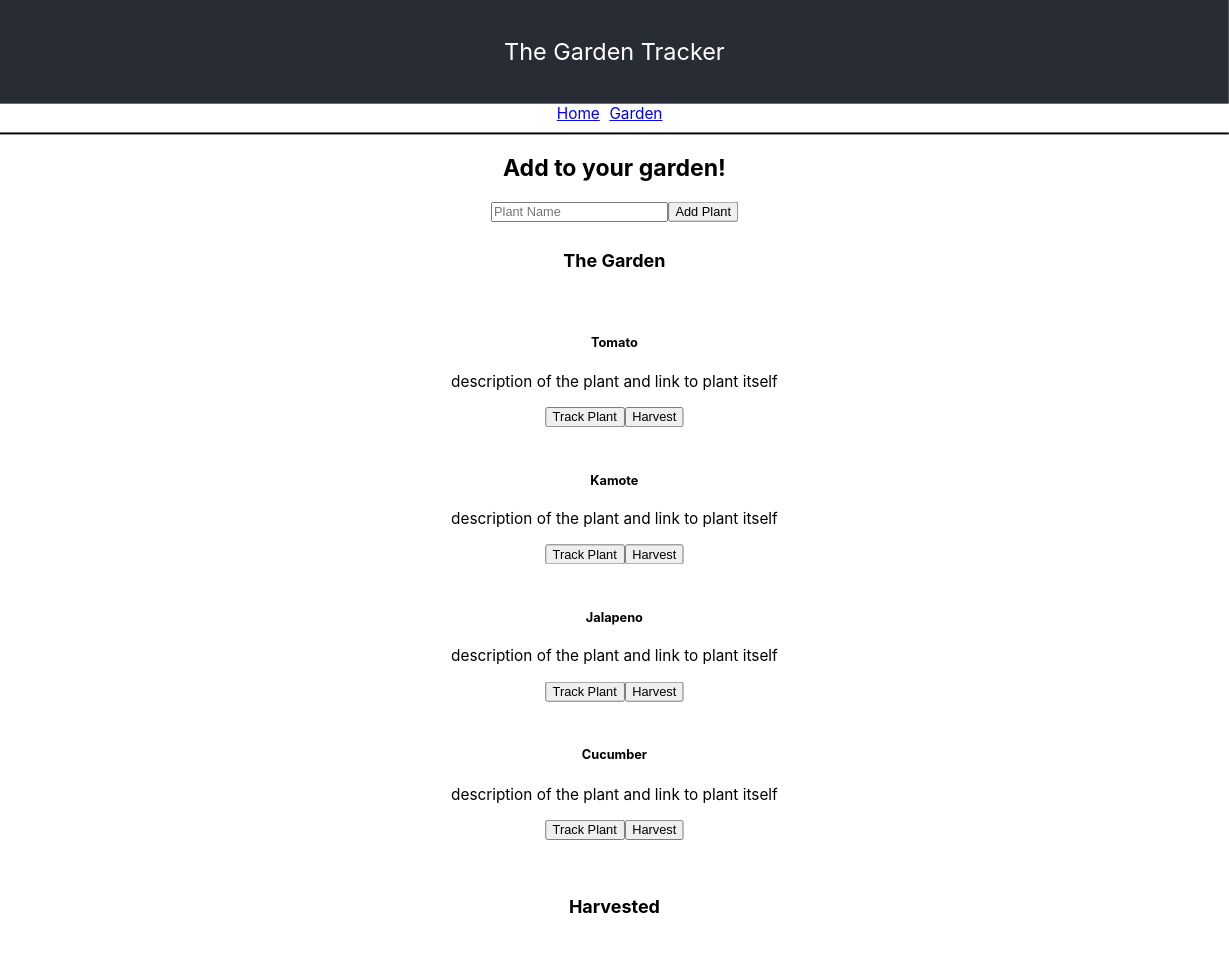
Repository: charliejp0311/gardentracker
Page: /garden
The author's editor kept a copy of each file at every save. The page is drawn from the files as they stood at one save, then again after the next save.
The browser window is 1280 px wide. The pictures show the whole page, at 96% of full size.
The project was rebuilt for these pictures with package versions that can differ from the ones it lists, and the page was loaded fresh each time. Also part of the build but not shown: src/components/GardenHome.js.

Above is the page before, as saved 2020-10-30 11:09:56.

### public/index.html
<!DOCTYPE html>
<html lang="en">
  <head>
    <meta charset="utf-8" />
    <link rel="icon" href="%PUBLIC_URL%/sun-svgrepo-com.svg" />
    <meta name="viewport" content="width=device-width, initial-scale=1" />
    <meta name="theme-color" content="#000000" />
    <meta
      name="description"
      content="Web site created using create-react-app"
    />
    <link rel="apple-touch-icon" href="%PUBLIC_URL%/logo192.png" />
    <!--
      manifest.json provides metadata used when your web app is installed on a
      user's mobile device or desktop. See https://developers.google.com/web/fundamentals/web-app-manifest/
    -->
    <link rel="manifest" href="%PUBLIC_URL%/manifest.json" />
    <!--
      Notice the use of %PUBLIC_URL% in the tags above.
      It will be replaced with the URL of the `public` folder during the build.
      Only files inside the `public` folder can be referenced from the HTML.

      Unlike "/favicon.ico" or "favicon.ico", "%PUBLIC_URL%/favicon.ico" will
      work correctly both with client-side routing and a non-root public URL.
      Learn how to configure a non-root public URL by running `npm run build`.
    -->
    <title>Track Your Garden</title>
  </head>
  <body>
    <noscript>You need to enable JavaScript to run this app.</noscript>
    <div id="root"></div>
    <!--
      This HTML file is a template.
      If you open it directly in the browser, you will see an empty page.

      You can add webfonts, meta tags, or analytics to this file.
      The build step will place the bundled scripts into the <body> tag.

      To begin the development, run `npm start` or `yarn start`.
      To create a production bundle, use `npm run build` or `yarn build`.
    -->
  </body>
</html>

### src/index.js
import React from 'react';
import ReactDOM from 'react-dom';
import './index.css';
import App from './App';
// import reportWebVitals from './reportWebVitals';
import reducer from './reducers/index'
import { Provider } from  'react-redux';
import { applyMiddleware, createStore } from 'redux';
// import thunk from 'redux-thunk';

let store = createStore(reducer, window.__REDUX_DEVTOOLS_EXTENSION__ && window.__REDUX_DEVTOOLS_EXTENSION__())

ReactDOM.render(
  <Provider store={store}>
    <App />
  </Provider>,
  document.getElementById('root')
);

// If you want to start measuring performance in your app, pass a function
// to log results (for example: reportWebVitals(console.log))
// or send to an analytics endpoint. Learn more: https://bit.ly/CRA-vitals
// reportWebVitals();

### src/App.js
import './App.css';
import CreateGarden from './components/GardenHome'
import {BrowserRouter as Router, Route} from 'react-router-dom';
import NavBar from './components/Navbar';
import Garden from './components/Garden'

function App() {
  return (
    <div className="App">
      <header className="App-header">
        The Garden Tracker
      </header>
      <Router >
        {/* replace with a fetch garden or send fetch garden to create garden add router? */}
        <div>
        <NavBar />
        <Route exact path='/' render={routerProps=><CreateGarden {...routerProps} /> }/> {/* Home page what do welcome page shows gardens last event logged to the notes shows plant count shows harvest count */}
        <Route exact path='/garden' render={ routerProps=> <Garden {...routerProps} />}/> {/* Garden page this will show a list of the current plants and allow you to add more plants */}
        {/*<Route />*/} {/* Harvest page shows a list of harvested plants this is not editable stands as a living record of your garden*/}
        {/*<Route />*/} {/* Plant page shows the plant and a form to add notes to the plant has pre-determined buttons that  add a templated event to the plant tracker notes*/}
        </div>
      </Router>
    </div>
  );
}

export default App;

### src/reducers/index.js
import { combineReducers } from 'redux';
import garden from './GardenReducer'

export default combineReducers({
    garden
})

### src/App.css
.App {
  text-align: center;
}

.App-logo {
  height: 40vmin;
  pointer-events: none;
}

@media (prefers-reduced-motion: no-preference) {
  .App-logo {
    animation: App-logo-spin infinite 20s linear;
  }
}

.App-header {
  background-color: #282c34;
  min-height: 15vh;
  display: flex;
  flex-direction: column;
  align-items: center;
  justify-content: center;
  font-size: calc(10px + 2vmin);
  color: white;
}

.App-link {
  color: #61dafb;
}

.garden {
  display: grid;
  grid-template-columns: 1fr;
  grid-template-rows: auto;
  grid-gap: 25px;
  padding-top: 10px;
  padding-bottom: 30px;
}

/* .plant {
  height: auto;
  width: auto;
  box-shadow: 10px 10px grey;
  padding: 10px;
  border-radius: 10px;
} */

@keyframes App-logo-spin {
  from {
    transform: rotate(0deg);
  }
  to {
    transform: rotate(360deg);
  }
}

### src/components/Navbar.js
import React from 'react';
import { NavLink } from 'react-router-dom';

const NavBar = () => {
  return (
    <div style={{ borderBottom: '2px solid black', paddingBottom: '10px', marginBottom: '12px' }}>
      <NavLink
        style={{ marginRight: '10px' }}
        to="/"
      >
        Home
      </NavLink>
      <NavLink
        style={{ marginRight: '10px' }}
        to="/garden"
      >
        Garden
      </NavLink>
    </div>
  );
}

export default NavBar;

### src/components/Garden.js
import React, {Component} from 'react';
import CreatePlant from './CreatePlant';
import PlantList from './plantList';
import Harvest from "./Harvest";
import {connect} from 'react-redux';


class Garden extends Component{

    render(){
        // console.log(this.props)
        return(
            <div className='garden-container' >
                <h2>Add to your garden!</h2>
                <CreatePlant />
                <PlantList plants={this.props.garden.plants} />
                <Harvest harvest={this.props.garden.harvest} />
            </div>
        )
    }
}
const mapStateToProps=state=>{
    // console.log(state)
    return{
        garden: state.garden
    }
}


export default connect(mapStateToProps)(Garden);

### src/reducers/GardenReducer.js
export default function garden (state = {
    plants: [{name: 'Tomato'},{name: 'Kamote'},{name: 'Jalapeno'},{name: 'Cucumber'}],
    harvest: [],
    notes: []
},action){
    // console.log(action)
    switch (action.type) {
        case 'ADD_PLANT':
            return {
                ...state,
                plants: state.plants.concat({name: action.plant.name})
            };

        case 'HARVEST_PLANT':
            let p = state.plants.filter(plant=>plant.name===action.plant.name) ;
            let inTheGarden = state.plants.filter(plant=>plant.name!==action.plant.name);
            return{
                ...state,
                plants: inTheGarden,
                harvest: state.harvest.concat(p)
            };

        default:
            return state;
    }
};

### src/components/CreatePlant.js
import { Component } from "react";
import { connect } from "react-redux";

class CreatePlant extends Component {
    state = {
        name: '',
    }

    handleChange=e=>{
        this.setState({
            name: e.target.value
        })
    }

    handleSubmit=e=>{
        e.preventDefault();
        let act = this.addPlant(this.state);
        this.props.dispatch(act);
        this.setState({
            name: ''
        })

    }

    addPlant=(plant)=>{
        return({
        type: "ADD_PLANT",
        plant
        })
    };


    render(){
        return(
            <form onSubmit={this.handleSubmit}>
                <input type='text' name='name' placeholder="Plant Name" onChange={this.handleChange} value={this.state.name}/>
                <input type='submit' value='Add Plant'/>
            </form>
        )
    }
}

const mapStateToProps = state => {
    return {
        plants: state.plants,
        harvest: state.harvest
    }
}

// const mapDispatchToProps= dispatch => {
//     return{
//         // addPlant: ()=>dispatch(addPlant()),
//         // harvestPlant: ()=>dispatch(harvestPlant())
//     }
// }


export default connect(mapStateToProps)(CreatePlant);

### src/components/plantList.js
// display plants with button that takes you to the individual plant
// a button to remove the plant from the garden and add to plant archive
import { Component } from "react";
import Plant from './Plant'

class PlantList extends Component{


    render(){
        console.log(this.props)
        const {plants} = this.props
        let showPlants = plants.map(plant=>{
            return(
                <Plant plant={plant} />
            )
        });
        return(
            <div className='garden'>
                <h3>The Garden</h3>
                {showPlants}
            </div>
        )
    }
}

export default PlantList;

### src/components/Harvest.js
import { Component } from "react";
import Plant from './Plant'
class Harvest extends Component{
    render(){
        console.log(this.props)
        const {harvest} = this.props
        let showPlants = harvest.map(plant=>{
            return(
                <Plant plant={plant} />
            )
        });
        return(
            <div className='garden'>
                <h3>Harvested</h3>
                {showPlants}
            </div>
        )
    }
}

export default Harvest;

### src/components/Plant.js
import { Component } from "react";
import { connect } from 'react-redux';

class Plant extends Component{

    harvestPlant=(plant)=>{
        return{
            type: 'HARVEST_PLANT',
            plant
        }
    }

    handleHarvest=e=>{
        let p2h = this.harvestPlant(this.props.plant)
        this.props.dispatch(p2h)
    };
    render(){
        // console.log(this.props)
        return(
            <div className='plant'>
                <h5>{this.props.plant.name}</h5>
                <p>description of the plant and link to plant itself</p>
                <button>Track Plant</button>
                <button onClick={this.handleHarvest}>Harvest</button>
            </div>
        )
    }
}

export default connect()(Plant);

Loaded but not shown: src/index.css (common file)

After the next save:
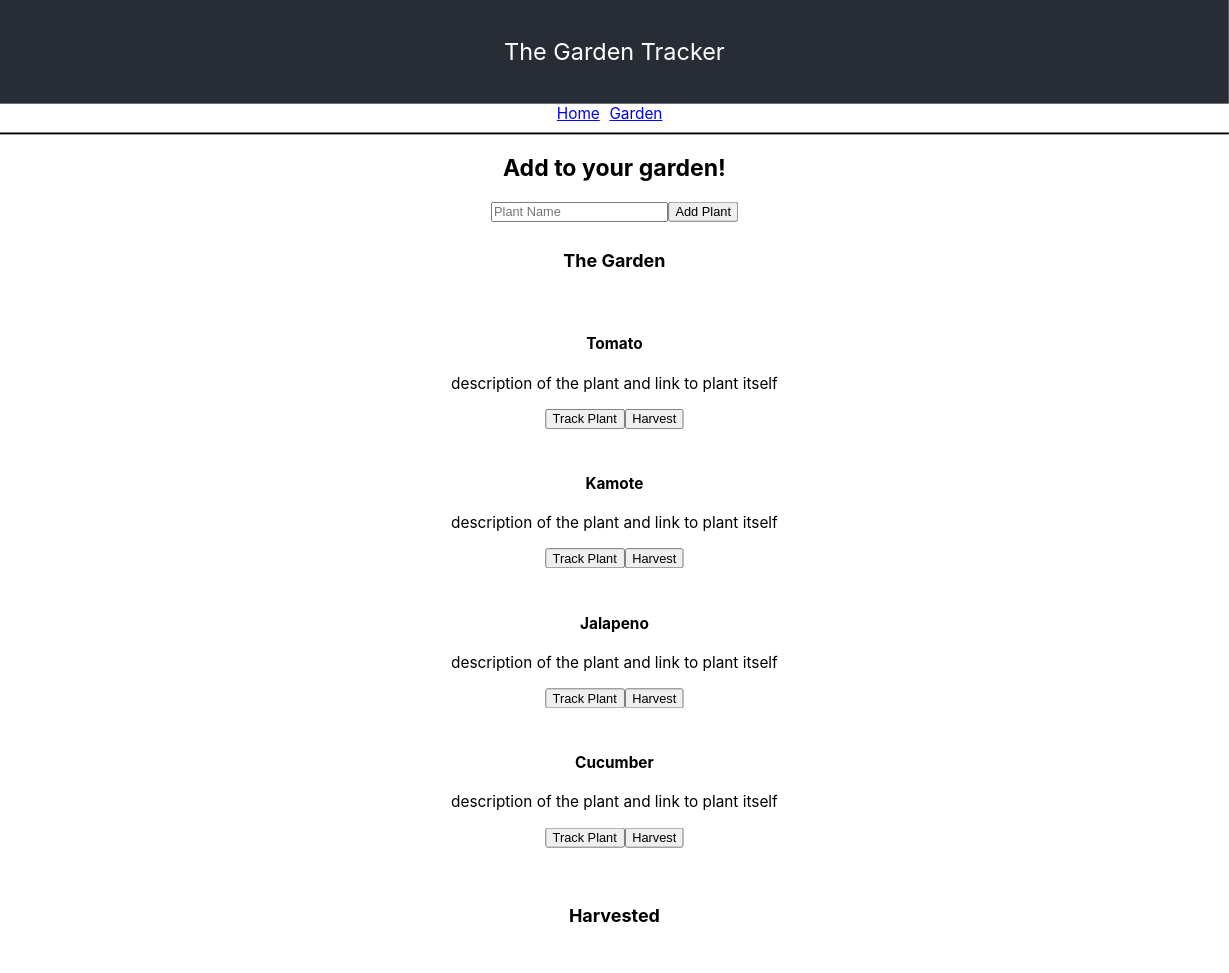
Saved 10 s later.
--- a/src/components/Plant.js
+++ b/src/components/Plant.js
@@ -18,7 +18,7 @@ class Plant extends Component{
         // console.log(this.props)
         return(
             <div className='plant'>
-                <h5>{this.props.plant.name}</h5>
+                <h4>{this.props.plant.name}</h4>
                 <p>description of the plant and link to plant itself</p>
                 <button>Track Plant</button>
                 <button onClick={this.handleHarvest}>Harvest</button>
